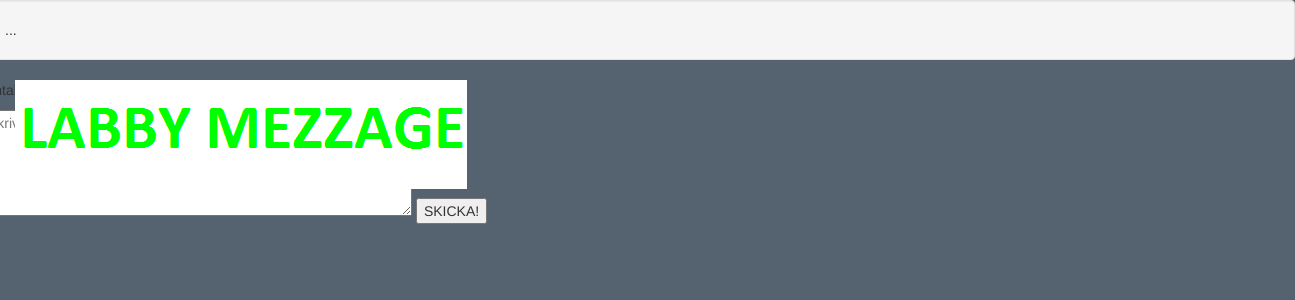
Repository: mc22dg/1dv403-laborationer
Page: 2-labbymezzage/index.html
The author's editor kept a record of every edit. The page is drawn from the files as they stood at one moment, then again after the next edit.
The browser window is 1280 px wide. The page is 1295 px wide, so the pictures cover 1295 px, including what lies to the right of the window. The pictures show the whole page.

Above is the page before.
Console error (its wording comes from the project's code and is left out).

After the next edit:
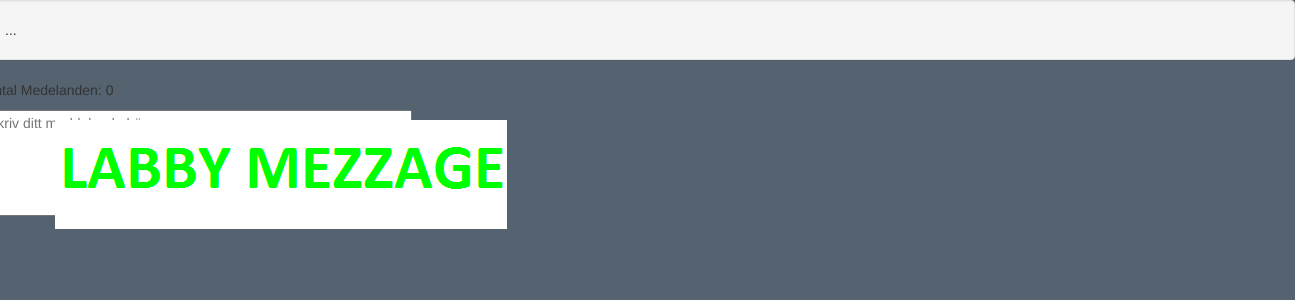
The edit:
--- a/2-labbymezzage/style.css
+++ b/2-labbymezzage/style.css
@@ -7,7 +7,7 @@
 }
 
 #logo {
-padding: 30px;
+padding: 70px;
 position: absolute;
 top: 50px;
 }
